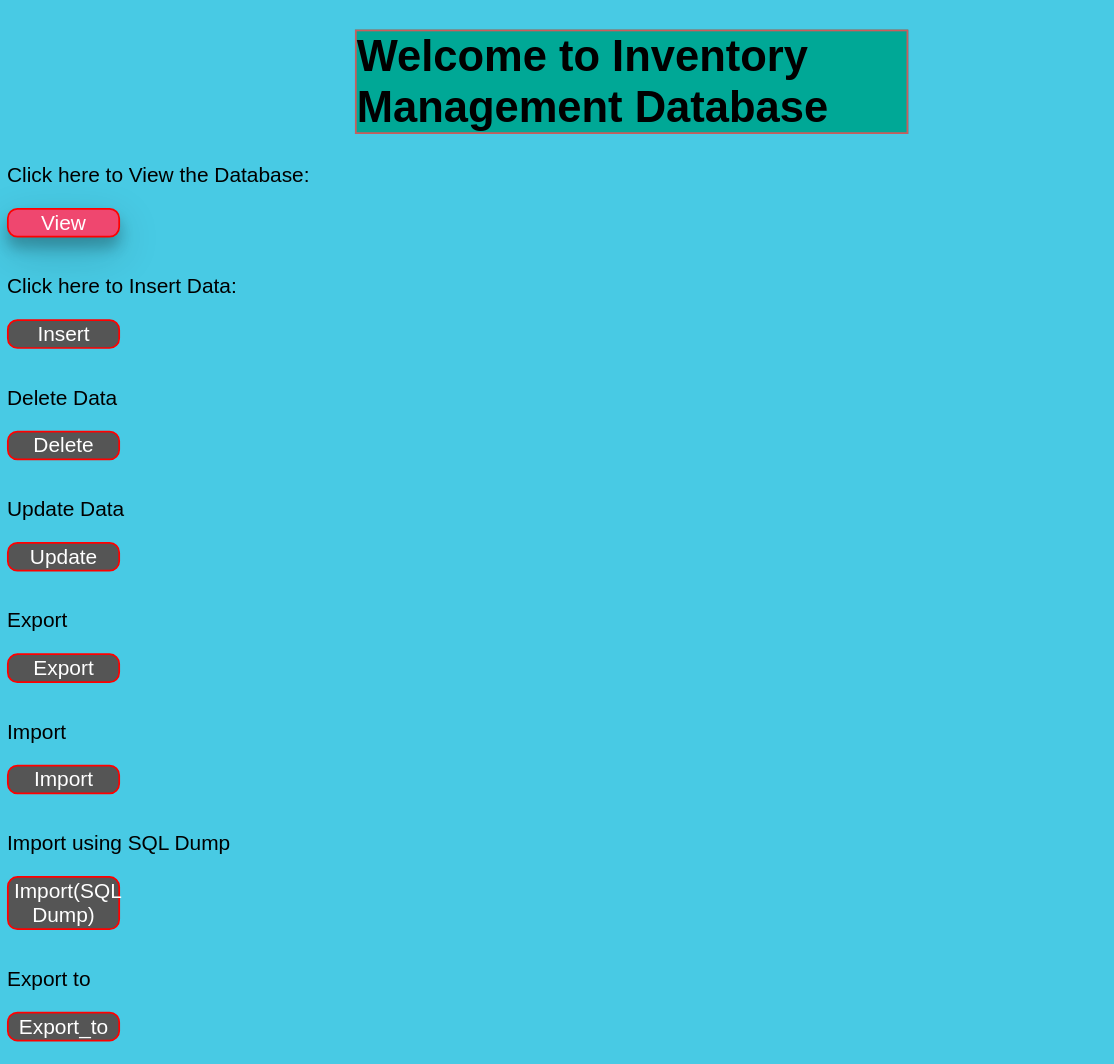
Repository: cyrusdwivedi2002/inventory-management-system
Page: DemoApp/src/main/webapp/Mainpage.html
The author's editor kept a copy of each file at every save. The page is drawn from the files as they stood at one save, then again after the next save.
The browser window is 1280 px wide. The pictures show the whole page, at 87% of full size.
The pointer rests on the first visible `button`.
Some web fonts or font styles are not loaded; a fallback is used.

Above is the page before, as saved 2022-06-24 18:51:47.

### DemoApp/src/main/webapp/Mainpage.html
<!DOCTYPE html>
<html>
<head>
<meta charset="ISO-8859-1">

<link rel="preconnect" href="https://fonts.googleapis.com">
<link rel="preconnect" href="https://fonts.gstatic.com" crossorigin>
<link href="https://fonts.googleapis.com/css2?family=Anek+Latin:wght@500&family=Smooch&display=swap" rel="stylesheet">

<style>
body {
background-color: #48cae4;
font-family: 'Anek Latin', sans-serif;
}
h1{
color: black;
background-color:#00a896;
width: 50%;
margin-left:8em;
border: 2px solid indianred;
font-size:50px;
}
p{
font-size:x-large;
}
button{
background-color: #555555;
color:white;
font-size: 24px;
width:130px;
border-radius: 12px;
border:2px solid red;
}
button:hover{
cursor:pointer;
background-color:#ef476f;
box-shadow: 0 12px 16px 0 rgba(0,0,0,0.24), 0 17px 50px 0 rgba(0,0,0,0.19);
transition: all 0.4s;
}
button:active {
  background-color: #4CAF50; /* Green */
  color: white;
}
</style>
<title>Inventory management System</title>
</head>
<body>
	<h1>Welcome to Inventory Management Database</h1>
	<p> Click here to View the Database: </p>
	<button type="button" form="form1"   onclick="window.location.href = 'view.html';">View</button>
	<br/><br/>
	<p> Click here to Insert Data: </p>
	<button type="button" form="form1"   onclick="window.location.href = 'insert.html';">Insert</button>
	<br/><br/>
	<p> Delete Data </p>
	<button type="button" form="form1"   onclick="window.location.href = 'delete.html';">Delete</button>
	<br/><br/>
	<p> Update Data </p>
	<button type="button" form="form1"   onclick="window.location.href = 'update.html';">Update</button>
	<br/><br/>
	<p> Export </p>
	<button type="button" form="form1"   onclick="window.location.href = 'export.html';">Export</button>
	<br/><br/>
	<p> Import </p>
	<button type="button" form="form1"   onclick="window.location.href = 'import.html';">Import</button>
	<br/><br/>
	<p> Import using SQL Dump</p>
	<button type="button" form="form1"   onclick="window.location.href = 'importdump.html';">Import(SQL Dump)</button>
	<br/><br/>
	<p> Export to</p>
	<button type="button" form="form1"   onclick="window.location.href = 'export.html';">Export_to</button>
	<br/><br/>

	</body>
</html>

After the next save:
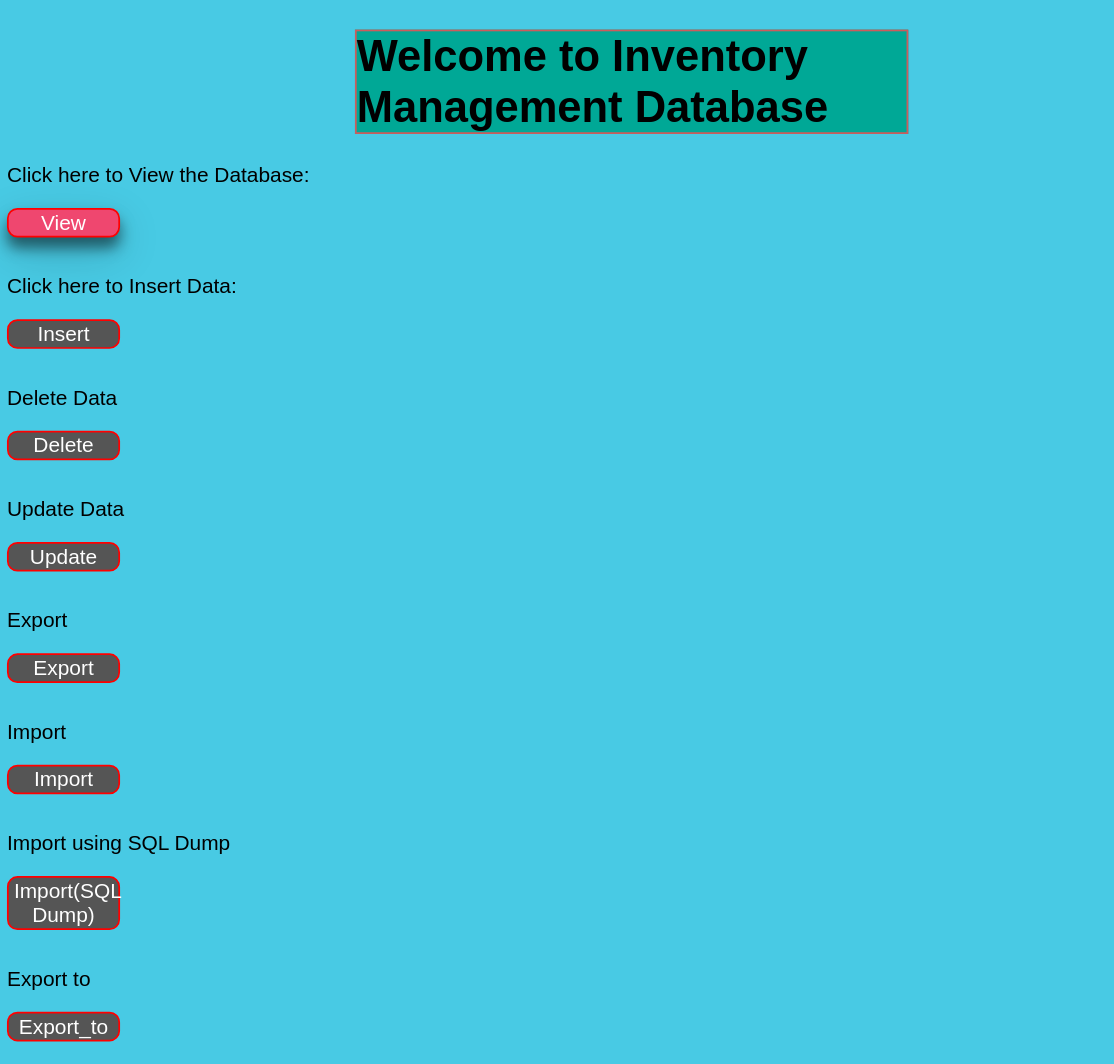
Saved 50 s later.
--- a/DemoApp/src/main/webapp/Mainpage.html
+++ b/DemoApp/src/main/webapp/Mainpage.html
@@ -34,7 +34,7 @@ border:2px solid red;
 button:hover{
 cursor:pointer;
 background-color:#ef476f;
-box-shadow: 0 12px 16px 0 rgba(0,0,0,0.24), 0 17px 50px 0 rgba(0,0,0,0.19);
+box-shadow: 0 12px 16px 0 rgba(0,0,0,0.50), 0 17px 50px 0 rgba(0,0,0,0.19);
 transition: all 0.4s;
 }
 button:active {
